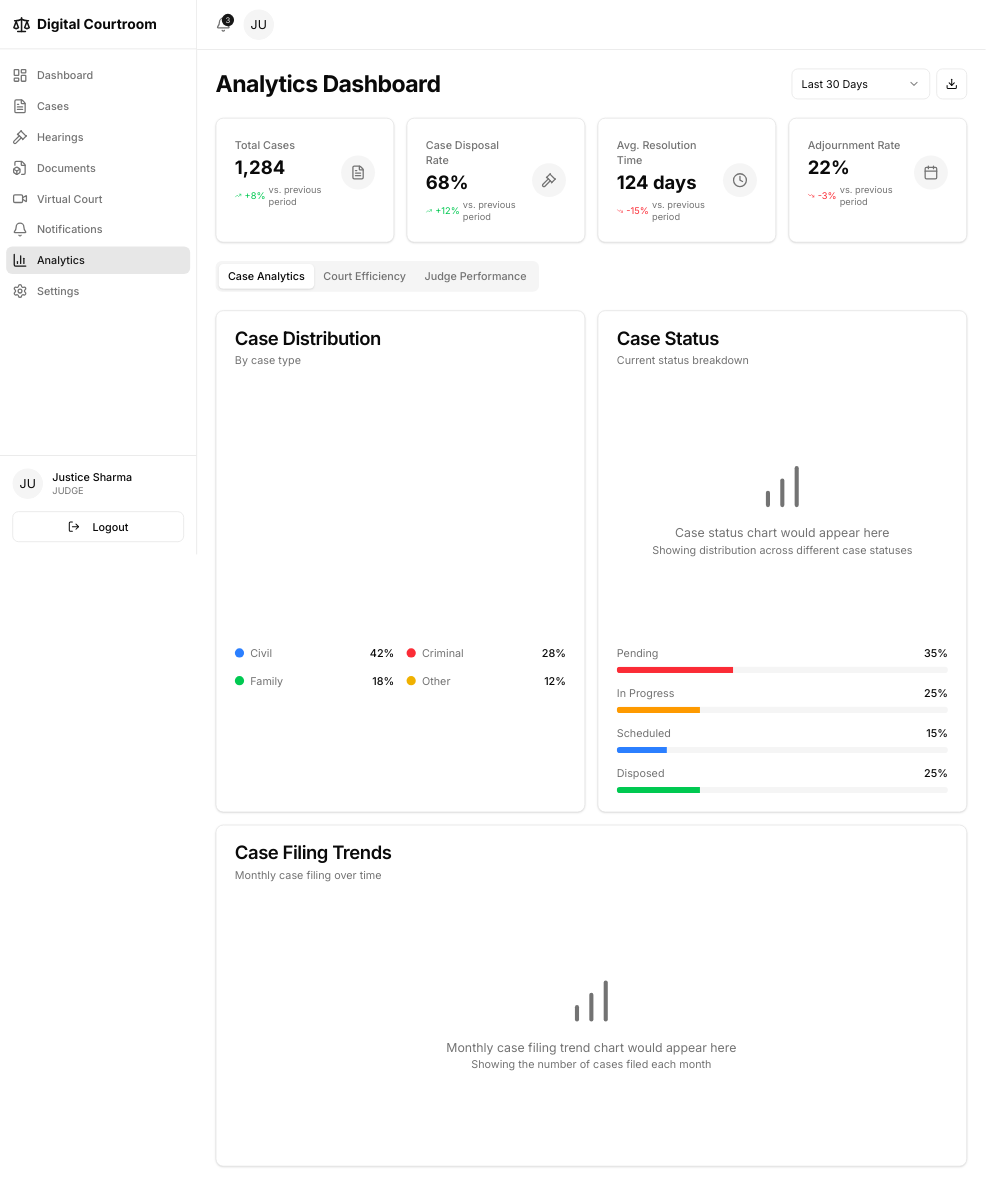
Repository: n0tank3sh/digicourt
Page: /analytics (app in frontend/)
The author's editor kept a copy of each file at every save. The page is drawn from the files as they stood at one save, then again after the next save.
The browser window is 1280 px wide. The pictures show the whole page, at 77% of full size.
The project was rebuilt for these pictures with package versions that can differ from the ones it lists, and the page was loaded fresh each time. The framework's server and built-in components were replaced by stand-ins that run in the browser. Also part of the build but not shown: frontend/next.config.ts.

Above is the page before, as saved 2025-03-26 22:29:21.

### frontend/src/components/ui/card.tsx
import * as React from "react"

import { cn } from "@/lib/utils"

const Card = React.forwardRef<
  HTMLDivElement,
  React.HTMLAttributes<HTMLDivElement>
>(({ className, ...props }, ref) => (
  <div
    ref={ref}
    className={cn(
      "rounded-lg border bg-card text-card-foreground shadow-sm",
      className
    )}
    {...props}
  />
))
Card.displayName = "Card"

const CardHeader = React.forwardRef<
  HTMLDivElement,
  React.HTMLAttributes<HTMLDivElement>
>(({ className, ...props }, ref) => (
  <div
    ref={ref}
    className={cn("flex flex-col space-y-1.5 p-6", className)}
    {...props}
  />
))
CardHeader.displayName = "CardHeader"

const CardTitle = React.forwardRef<
  HTMLDivElement,
  React.HTMLAttributes<HTMLDivElement>
>(({ className, ...props }, ref) => (
  <div
    ref={ref}
    className={cn(
      "text-2xl font-semibold leading-none tracking-tight",
      className
    )}
    {...props}
  />
))
CardTitle.displayName = "CardTitle"

const CardDescription = React.forwardRef<
  HTMLDivElement,
  React.HTMLAttributes<HTMLDivElement>
>(({ className, ...props }, ref) => (
  <div
    ref={ref}
    className={cn("text-sm text-muted-foreground", className)}
    {...props}
  />
))
CardDescription.displayName = "CardDescription"

const CardContent = React.forwardRef<
  HTMLDivElement,
  React.HTMLAttributes<HTMLDivElement>
>(({ className, ...props }, ref) => (
  <div ref={ref} className={cn("p-6 pt-0", className)} {...props} />
))
CardContent.displayName = "CardContent"

const CardFooter = React.forwardRef<
  HTMLDivElement,
  React.HTMLAttributes<HTMLDivElement>
>(({ className, ...props }, ref) => (
  <div
    ref={ref}
    className={cn("flex items-center p-6 pt-0", className)}
    {...props}
  />
))
CardFooter.displayName = "CardFooter"

export { Card, CardHeader, CardFooter, CardTitle, CardDescription, CardContent }

### frontend/src/components/ui/tabs.tsx
"use client"

import * as React from "react"
import * as TabsPrimitive from "@radix-ui/react-tabs"

import { cn } from "@/lib/utils"

const Tabs = TabsPrimitive.Root

const TabsList = React.forwardRef<
  React.ElementRef<typeof TabsPrimitive.List>,
  React.ComponentPropsWithoutRef<typeof TabsPrimitive.List>
>(({ className, ...props }, ref) => (
  <TabsPrimitive.List
    ref={ref}
    className={cn(
      "inline-flex h-10 items-center justify-center rounded-md bg-muted p-1 text-muted-foreground",
      className
    )}
    {...props}
  />
))
TabsList.displayName = TabsPrimitive.List.displayName

const TabsTrigger = React.forwardRef<
  React.ElementRef<typeof TabsPrimitive.Trigger>,
  React.ComponentPropsWithoutRef<typeof TabsPrimitive.Trigger>
>(({ className, ...props }, ref) => (
  <TabsPrimitive.Trigger
    ref={ref}
    className={cn(
      "inline-flex items-center justify-center whitespace-nowrap rounded-sm px-3 py-1.5 text-sm font-medium ring-offset-background transition-all focus-visible:outline-none focus-visible:ring-2 focus-visible:ring-ring focus-visible:ring-offset-2 disabled:pointer-events-none disabled:opacity-50 data-[state=active]:bg-background data-[state=active]:text-foreground data-[state=active]:shadow-sm",
      className
    )}
    {...props}
  />
))
TabsTrigger.displayName = TabsPrimitive.Trigger.displayName

const TabsContent = React.forwardRef<
  React.ElementRef<typeof TabsPrimitive.Content>,
  React.ComponentPropsWithoutRef<typeof TabsPrimitive.Content>
>(({ className, ...props }, ref) => (
  <TabsPrimitive.Content
    ref={ref}
    className={cn(
      "mt-2 ring-offset-background focus-visible:outline-none focus-visible:ring-2 focus-visible:ring-ring focus-visible:ring-offset-2",
      className
    )}
    {...props}
  />
))
TabsContent.displayName = TabsPrimitive.Content.displayName

export { Tabs, TabsList, TabsTrigger, TabsContent }

### frontend/src/components/ui/select.tsx
"use client"

import * as React from "react"
import * as SelectPrimitive from "@radix-ui/react-select"
import { Check, ChevronDown, ChevronUp } from "lucide-react"

import { cn } from "@/lib/utils"

const Select = SelectPrimitive.Root

const SelectGroup = SelectPrimitive.Group

const SelectValue = SelectPrimitive.Value

const SelectTrigger = React.forwardRef<
  React.ElementRef<typeof SelectPrimitive.Trigger>,
  React.ComponentPropsWithoutRef<typeof SelectPrimitive.Trigger>
>(({ className, children, ...props }, ref) => (
  <SelectPrimitive.Trigger
    ref={ref}
    className={cn(
      "flex h-10 w-full items-center justify-between rounded-md border border-input bg-background px-3 py-2 text-sm ring-offset-background placeholder:text-muted-foreground focus:outline-none focus:ring-2 focus:ring-ring focus:ring-offset-2 disabled:cursor-not-allowed disabled:opacity-50 [&>span]:line-clamp-1",
      className
    )}
    {...props}
  >
    {children}
    <SelectPrimitive.Icon asChild>
      <ChevronDown className="h-4 w-4 opacity-50" />
    </SelectPrimitive.Icon>
  </SelectPrimitive.Trigger>
))
SelectTrigger.displayName = SelectPrimitive.Trigger.displayName

const SelectScrollUpButton = React.forwardRef<
  React.ElementRef<typeof SelectPrimitive.ScrollUpButton>,
  React.ComponentPropsWithoutRef<typeof SelectPrimitive.ScrollUpButton>
>(({ className, ...props }, ref) => (
  <SelectPrimitive.ScrollUpButton
    ref={ref}
    className={cn(
      "flex cursor-default items-center justify-center py-1",
      className
    )}
    {...props}
  >
    <ChevronUp className="h-4 w-4" />
  </SelectPrimitive.ScrollUpButton>
))
SelectScrollUpButton.displayName = SelectPrimitive.ScrollUpButton.displayName

const SelectScrollDownButton = React.forwardRef<
  React.ElementRef<typeof SelectPrimitive.ScrollDownButton>,
  React.ComponentPropsWithoutRef<typeof SelectPrimitive.ScrollDownButton>
>(({ className, ...props }, ref) => (
  <SelectPrimitive.ScrollDownButton
    ref={ref}
    className={cn(
      "flex cursor-default items-center justify-center py-1",
      className
    )}
    {...props}
  >
    <ChevronDown className="h-4 w-4" />
  </SelectPrimitive.ScrollDownButton>
))
SelectScrollDownButton.displayName =
  SelectPrimitive.ScrollDownButton.displayName

const SelectContent = React.forwardRef<
  React.ElementRef<typeof SelectPrimitive.Content>,
  React.ComponentPropsWithoutRef<typeof SelectPrimitive.Content>
>(({ className, children, position = "popper", ...props }, ref) => (
  <SelectPrimitive.Portal>
    <SelectPrimitive.Content
      ref={ref}
      className={cn(
        "relative z-50 max-h-96 min-w-[8rem] overflow-hidden rounded-md border bg-popover text-popover-foreground shadow-md data-[state=open]:animate-in data-[state=closed]:animate-out data-[state=closed]:fade-out-0 data-[state=open]:fade-in-0 data-[state=closed]:zoom-out-95 data-[state=open]:zoom-in-95 data-[side=bottom]:slide-in-from-top-2 data-[side=left]:slide-in-from-right-2 data-[side=right]:slide-in-from-left-2 data-[side=top]:slide-in-from-bottom-2",
        position === "popper" &&
          "data-[side=bottom]:translate-y-1 data-[side=left]:-translate-x-1 data-[side=right]:translate-x-1 data-[side=top]:-translate-y-1",
        className
      )}
      position={position}
      {...props}
    >
      <SelectScrollUpButton />
      <SelectPrimitive.Viewport
        className={cn(
          "p-1",
          position === "popper" &&
            "h-[var(--radix-select-trigger-height)] w-full min-w-[var(--radix-select-trigger-width)]"
        )}
      >
        {children}
      </SelectPrimitive.Viewport>
      <SelectScrollDownButton />
    </SelectPrimitive.Content>
  </SelectPrimitive.Portal>
))
SelectContent.displayName = SelectPrimitive.Content.displayName

const SelectLabel = React.forwardRef<
  React.ElementRef<typeof SelectPrimitive.Label>,
  React.ComponentPropsWithoutRef<typeof SelectPrimitive.Label>
>(({ className, ...props }, ref) => (
  <SelectPrimitive.Label
    ref={ref}
    className={cn("py-1.5 pl-8 pr-2 text-sm font-semibold", className)}
    {...props}
  />
))
SelectLabel.displayName = SelectPrimitive.Label.displayName

const SelectItem = React.forwardRef<
  React.ElementRef<typeof SelectPrimitive.Item>,
  React.ComponentPropsWithoutRef<typeof SelectPrimitive.Item>
>(({ className, children, ...props }, ref) => (
  <SelectPrimitive.Item
    ref={ref}
    className={cn(
      "relative flex w-full cursor-default select-none items-center rounded-sm py-1.5 pl-8 pr-2 text-sm outline-none focus:bg-accent focus:text-accent-foreground data-[disabled]:pointer-events-none data-[disabled]:opacity-50",
      className
    )}
    {...props}
  >
    <span className="absolute left-2 flex h-3.5 w-3.5 items-center justify-center">
      <SelectPrimitive.ItemIndicator>
        <Check className="h-4 w-4" />
      </SelectPrimitive.ItemIndicator>
    </span>

    <SelectPrimitive.ItemText>{children}</SelectPrimitive.ItemText>
  </SelectPrimitive.Item>
))
SelectItem.displayName = SelectPrimitive.Item.displayName

const SelectSeparator = React.forwardRef<
  React.ElementRef<typeof SelectPrimitive.Separator>,
  React.ComponentPropsWithoutRef<typeof SelectPrimitive.Separator>
>(({ className, ...props }, ref) => (
  <SelectPrimitive.Separator
    ref={ref}
    className={cn("-mx-1 my-1 h-px bg-muted", className)}
    {...props}
  />
))
SelectSeparator.displayName = SelectPrimitive.Separator.displayName

export {
  Select,
  SelectGroup,
  SelectValue,
  SelectTrigger,
  SelectContent,
  SelectLabel,
  SelectItem,
  SelectSeparator,
  SelectScrollUpButton,
  SelectScrollDownButton,
}

### frontend/src/types/index.ts
// User Types
export enum UserRole {
  JUDGE = "JUDGE",
  LAWYER = "LAWYER",
  COURT_STAFF = "COURT_STAFF",
  CITIZEN = "CITIZEN",
  ADMIN = "ADMIN",
}

export interface User {
  id: string
  name: string
  email: string
  role: UserRole
  barId?: string // For lawyers
  courtId?: string // For judges and court staff
  createdAt: Date
  updatedAt: Date
}

// Case Types
export enum CaseStatus {
  FILED = "FILED",
  PENDING = "PENDING",
  IN_PROGRESS = "IN_PROGRESS",
  SCHEDULED = "SCHEDULED",
  ADJOURNED = "ADJOURNED",
  DISPOSED = "DISPOSED",
  CLOSED = "CLOSED",
}

export enum CaseType {
  CIVIL = "CIVIL",
  CRIMINAL = "CRIMINAL",
  FAMILY = "FAMILY",
  CORPORATE = "CORPORATE",
  CONSTITUTIONAL = "CONSTITUTIONAL",
  OTHER = "OTHER",
}

export interface Case {
  id: string
  caseNumber: string
  title: string
  description: string
  type: CaseType
  status: CaseStatus
  filingDate: Date
  plaintiffs: string[] // IDs of involved parties
  defendants: string[] // IDs of involved parties
  judgerId?: string
  courtId: string
  createdAt: Date
  updatedAt: Date
}

// Hearing Types
export enum HearingType {
  PHYSICAL = "PHYSICAL",
  VIRTUAL = "VIRTUAL",
  HYBRID = "HYBRID",
}

export enum HearingStatus {
  SCHEDULED = "SCHEDULED",
  IN_PROGRESS = "IN_PROGRESS",
  COMPLETED = "COMPLETED",
  ADJOURNED = "ADJOURNED",
  CANCELLED = "CANCELLED",
}

export interface Hearing {
  id: string
  caseId: string
  scheduledDate: Date
  actualDate?: Date
  type: HearingType
  status: HearingStatus
  location: string // Court room or virtual link
  notes?: string
  attendees: string[] // IDs of attendees
  createdAt: Date
  updatedAt: Date
}

// Document Types
export enum DocumentType {
  PETITION = "PETITION",
  EVIDENCE = "EVIDENCE",
  AFFIDAVIT = "AFFIDAVIT",
  JUDGMENT = "JUDGMENT",
  ORDER = "ORDER",
  NOTICE = "NOTICE",
  OTHER = "OTHER",
}

export interface Document {
  id: string
  caseId: string
  title: string
  type: DocumentType
  fileUrl: string
  fileSize: number
  mimeType: string
  uploadedBy: string // User ID
  isPublic: boolean
  version: number
  createdAt: Date
  updatedAt: Date
}

// Notification Types
export enum NotificationType {
  CASE_UPDATE = "CASE_UPDATE",
  HEARING_SCHEDULED = "HEARING_SCHEDULED",
  HEARING_RESCHEDULED = "HEARING_RESCHEDULED",
  DOCUMENT_UPLOADED = "DOCUMENT_UPLOADED",
  SUMMONS = "SUMMONS",
  JUDGMENT_DELIVERED = "JUDGMENT_DELIVERED",
  OTHER = "OTHER",
}

export interface Notification {
  id: string
  userId: string
  type: NotificationType
  title: string
  message: string
  relatedId?: string // ID of related entity (case, hearing, etc.)
  isRead: boolean
  createdAt: Date
}

// Court Types
export interface Court {
  id: string
  name: string
  type: string
  address: string
  jurisdiction: string
  contactNumber: string
  email: string
  createdAt: Date
  updatedAt: Date
}

// Analytics Types
export interface CaseAnalytics {
  totalCases: number
  pendingCases: number
  disposedCases: number
  averageDisposalTime: number // in days
  casesByType: Record<CaseType, number>
  casesByStatus: Record<CaseStatus, number>
  monthlyCaseFiling: { month: string; count: number }[]
}

export interface CourtAnalytics {
  totalHearings: number
  completedHearings: number
  adjournedHearings: number
  averageHearingDuration: number // in minutes
  hearingsByType: Record<HearingType, number>
  courtUtilization: number // percentage
}

### frontend/src/components/ui/button.tsx
import * as React from "react"
import { Slot } from "@radix-ui/react-slot"
import { cva, type VariantProps } from "class-variance-authority"

import { cn } from "@/lib/utils"

const buttonVariants = cva(
  "inline-flex items-center justify-center gap-2 whitespace-nowrap rounded-md text-sm font-medium ring-offset-background transition-colors focus-visible:outline-none focus-visible:ring-2 focus-visible:ring-ring focus-visible:ring-offset-2 disabled:pointer-events-none disabled:opacity-50 [&_svg]:pointer-events-none [&_svg]:size-4 [&_svg]:shrink-0",
  {
    variants: {
      variant: {
        default: "bg-primary text-primary-foreground hover:bg-primary/90",
        destructive:
          "bg-destructive text-destructive-foreground hover:bg-destructive/90",
        outline:
          "border border-input bg-background hover:bg-accent hover:text-accent-foreground",
        secondary:
          "bg-secondary text-secondary-foreground hover:bg-secondary/80",
        ghost: "hover:bg-accent hover:text-accent-foreground",
        link: "text-primary underline-offset-4 hover:underline",
      },
      size: {
        default: "h-10 px-4 py-2",
        sm: "h-9 rounded-md px-3",
        lg: "h-11 rounded-md px-8",
        icon: "h-10 w-10",
      },
    },
    defaultVariants: {
      variant: "default",
      size: "default",
    },
  }
)

export interface ButtonProps
  extends React.ButtonHTMLAttributes<HTMLButtonElement>,
    VariantProps<typeof buttonVariants> {
  asChild?: boolean
}

const Button = React.forwardRef<HTMLButtonElement, ButtonProps>(
  ({ className, variant, size, asChild = false, ...props }, ref) => {
    const Comp = asChild ? Slot : "button"
    return (
      <Comp
        className={cn(buttonVariants({ variant, size, className }))}
        ref={ref}
        {...props}
      />
    )
  }
)
Button.displayName = "Button"

export { Button, buttonVariants }

### frontend/src/components/ui/piechart.tsx
"use client"
import { TrendingUp } from "lucide-react"
import { Pie, PieChart } from "recharts"
import {
    Card,
    CardContent,
    CardDescription,
    CardHeader,
    CardTitle,

} from "@/components/ui/card"
import {
    ChartConfig,
    ChartContainer,
    ChartTooltip,
    ChartTooltipContent,
} from "@/components/ui/chart"
const chartData = [
    { browser: "Civil", visitors: 42, fill: "var(--color-blue-500)" },
    { browser: "Criminal", visitors: 28, fill: "var(--color-red-500)" },
    { browser: "Family", visitors: 18, fill: "var(--color-green-500)" },
    { browser: "other", visitors: 12, fill: "var(--color-yellow-500)" },
]
const chartConfig = {
    visitors: {
        label: "Visitors",
    },
    chrome: {
        label: "Chrome",
        color: "hsl(var(--chart-1))",
    },
    safari: {
        label: "Safari",
        color: "hsl(var(--chart-2))",
    },
    firefox: {
        label: "Firefox",
        color: "hsl(var(--chart-3))",
    },
    edge: {
        label: "Edge",
        color: "hsl(var(--chart-4))",
    },
    other: {
        label: "Other",
        color: "hsl(var(--chart-5))",
    },
} satisfies ChartConfig
export function PieChartComponent() {
    return (
        <Card className="flex flex-col shadow-none border-none p-10 ">

            <CardContent className="flex-1 pb-0 ">
                <ChartContainer
                    config={chartConfig}
                    className="mx-auto scale-200  aspect-square max-h-[250px] pb-0 [&_.recharts-pie-label-text]:fill-foreground"
                >
                    <PieChart>
                        <ChartTooltip content={<ChartTooltipContent hideLabel/>} />
                        <Pie data={chartData} dataKey="visitors"  nameKey="browser" />
                    </PieChart>
                </ChartContainer>
            </CardContent>

        </Card>
    )
}

### frontend/src/components/ui/avatar.tsx
"use client"

import * as React from "react"
import * as AvatarPrimitive from "@radix-ui/react-avatar"

import { cn } from "@/lib/utils"

const Avatar = React.forwardRef<
  React.ElementRef<typeof AvatarPrimitive.Root>,
  React.ComponentPropsWithoutRef<typeof AvatarPrimitive.Root>
>(({ className, ...props }, ref) => (
  <AvatarPrimitive.Root
    ref={ref}
    className={cn(
      "relative flex h-10 w-10 shrink-0 overflow-hidden rounded-full",
      className
    )}
    {...props}
  />
))
Avatar.displayName = AvatarPrimitive.Root.displayName

const AvatarImage = React.forwardRef<
  React.ElementRef<typeof AvatarPrimitive.Image>,
  React.ComponentPropsWithoutRef<typeof AvatarPrimitive.Image>
>(({ className, ...props }, ref) => (
  <AvatarPrimitive.Image
    ref={ref}
    className={cn("aspect-square h-full w-full", className)}
    {...props}
  />
))
AvatarImage.displayName = AvatarPrimitive.Image.displayName

const AvatarFallback = React.forwardRef<
  React.ElementRef<typeof AvatarPrimitive.Fallback>,
  React.ComponentPropsWithoutRef<typeof AvatarPrimitive.Fallback>
>(({ className, ...props }, ref) => (
  <AvatarPrimitive.Fallback
    ref={ref}
    className={cn(
      "flex h-full w-full items-center justify-center rounded-full bg-muted",
      className
    )}
    {...props}
  />
))
AvatarFallback.displayName = AvatarPrimitive.Fallback.displayName

export { Avatar, AvatarImage, AvatarFallback }

### frontend/src/components/ui/sheet.tsx
"use client"

import * as React from "react"
import * as SheetPrimitive from "@radix-ui/react-dialog"
import { cva, type VariantProps } from "class-variance-authority"
import { X } from "lucide-react"

import { cn } from "@/lib/utils"

const Sheet = SheetPrimitive.Root

const SheetTrigger = SheetPrimitive.Trigger

const SheetClose = SheetPrimitive.Close

const SheetPortal = SheetPrimitive.Portal

const SheetOverlay = React.forwardRef<
  React.ElementRef<typeof SheetPrimitive.Overlay>,
  React.ComponentPropsWithoutRef<typeof SheetPrimitive.Overlay>
>(({ className, ...props }, ref) => (
  <SheetPrimitive.Overlay
    className={cn(
      "fixed inset-0 z-50 bg-black/80  data-[state=open]:animate-in data-[state=closed]:animate-out data-[state=closed]:fade-out-0 data-[state=open]:fade-in-0",
      className
    )}
    {...props}
    ref={ref}
  />
))
SheetOverlay.displayName = SheetPrimitive.Overlay.displayName

const sheetVariants = cva(
  "fixed z-50 gap-4 bg-background p-6 shadow-lg transition ease-in-out data-[state=open]:animate-in data-[state=closed]:animate-out data-[state=closed]:duration-300 data-[state=open]:duration-500",
  {
    variants: {
      side: {
        top: "inset-x-0 top-0 border-b data-[state=closed]:slide-out-to-top data-[state=open]:slide-in-from-top",
        bottom:
          "inset-x-0 bottom-0 border-t data-[state=closed]:slide-out-to-bottom data-[state=open]:slide-in-from-bottom",
        left: "inset-y-0 left-0 h-full w-3/4 border-r data-[state=closed]:slide-out-to-left data-[state=open]:slide-in-from-left sm:max-w-sm",
        right:
          "inset-y-0 right-0 h-full w-3/4  border-l data-[state=closed]:slide-out-to-right data-[state=open]:slide-in-from-right sm:max-w-sm",
      },
    },
    defaultVariants: {
      side: "right",
    },
  }
)

interface SheetContentProps
  extends React.ComponentPropsWithoutRef<typeof SheetPrimitive.Content>,
    VariantProps<typeof sheetVariants> {}

const SheetContent = React.forwardRef<
  React.ElementRef<typeof SheetPrimitive.Content>,
  SheetContentProps
>(({ side = "right", className, children, ...props }, ref) => (
  <SheetPortal>
    <SheetOverlay />
    <SheetPrimitive.Content
      ref={ref}
      className={cn(sheetVariants({ side }), className)}
      {...props}
    >
      {children}
      <SheetPrimitive.Close className="absolute right-4 top-4 rounded-sm opacity-70 ring-offset-background transition-opacity hover:opacity-100 focus:outline-none focus:ring-2 focus:ring-ring focus:ring-offset-2 disabled:pointer-events-none data-[state=open]:bg-secondary">
        <X className="h-4 w-4" />
        <span className="sr-only">Close</span>
      </SheetPrimitive.Close>
    </SheetPrimitive.Content>
  </SheetPortal>
))
SheetContent.displayName = SheetPrimitive.Content.displayName

const SheetHeader = ({
  className,
  ...props
}: React.HTMLAttributes<HTMLDivElement>) => (
  <div
    className={cn(
      "flex flex-col space-y-2 text-center sm:text-left",
      className
    )}
    {...props}
  />
)
SheetHeader.displayName = "SheetHeader"

const SheetFooter = ({
  className,
  ...props
}: React.HTMLAttributes<HTMLDivElement>) => (
  <div
    className={cn(
      "flex flex-col-reverse sm:flex-row sm:justify-end sm:space-x-2",
      className
    )}
    {...props}
  />
)
SheetFooter.displayName = "SheetFooter"

const SheetTitle = React.forwardRef<
  React.ElementRef<typeof SheetPrimitive.Title>,
  React.ComponentPropsWithoutRef<typeof SheetPrimitive.Title>
>(({ className, ...props }, ref) => (
  <SheetPrimitive.Title
    ref={ref}
    className={cn("text-lg font-semibold text-foreground", className)}
    {...props}
  />
))
SheetTitle.displayName = SheetPrimitive.Title.displayName

const SheetDescription = React.forwardRef<
  React.ElementRef<typeof SheetPrimitive.Description>,
  React.ComponentPropsWithoutRef<typeof SheetPrimitive.Description>
>(({ className, ...props }, ref) => (
  <SheetPrimitive.Description
    ref={ref}
    className={cn("text-sm text-muted-foreground", className)}
    {...props}
  />
))
SheetDescription.displayName = SheetPrimitive.Description.displayName

export {
  Sheet,
  SheetPortal,
  SheetOverlay,
  SheetTrigger,
  SheetClose,
  SheetContent,
  SheetHeader,
  SheetFooter,
  SheetTitle,
  SheetDescription,
}

Loaded but not shown: frontend/src/app/layout.tsx (common file); frontend/src/components/theme-provider.tsx (common file); frontend/src/lib/utils.ts (common file); frontend/src/app/analytics/page.tsx (355 lines, source omitted); frontend/src/components/ui/chart.tsx (365 lines, source omitted); frontend/src/components/layout/main-layout.tsx (187 lines, source omitted); frontend/src/app/globals.css (200 lines, source omitted)

After the next save:
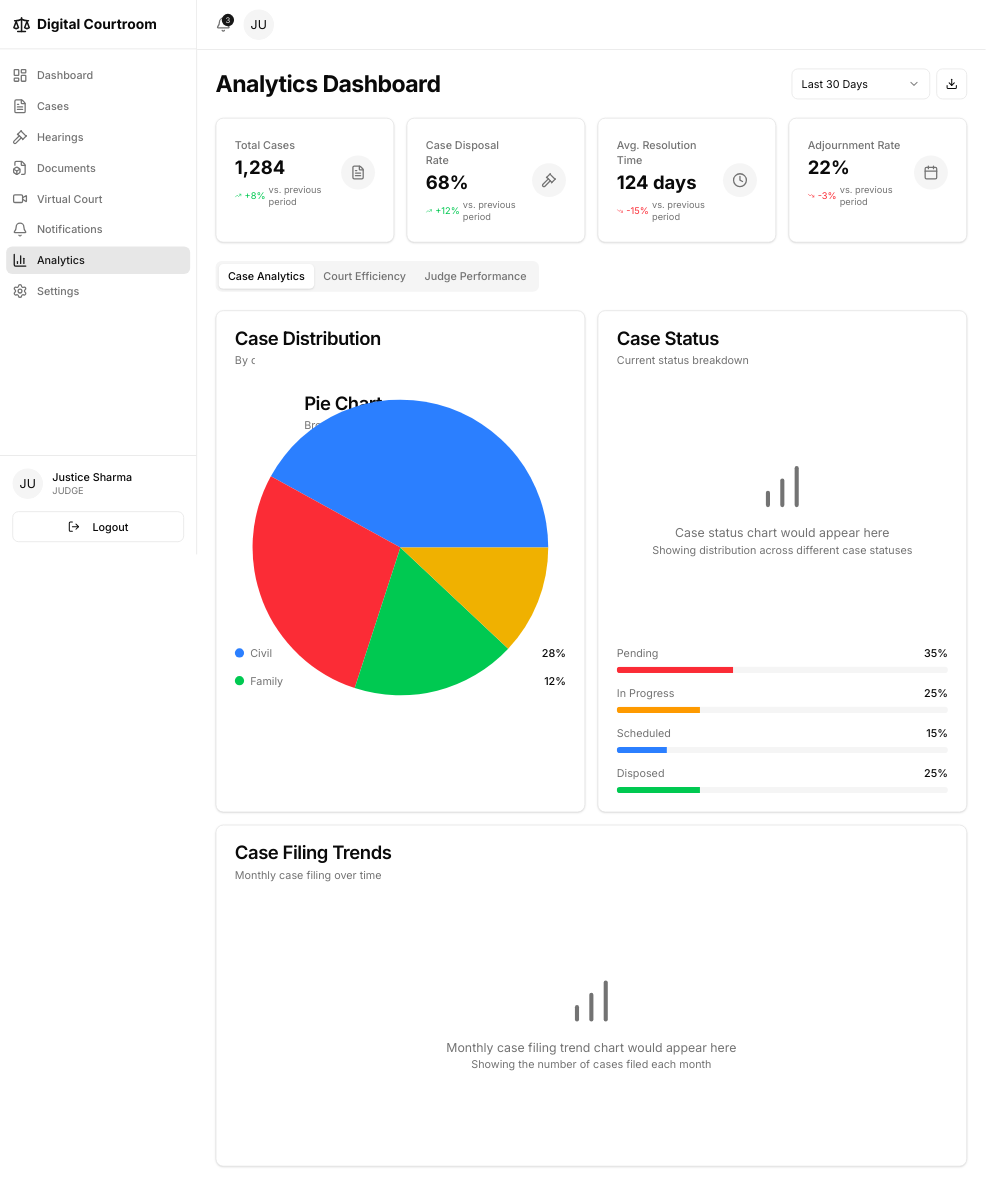
Saved 7 s later.
--- a/frontend/src/components/ui/piechart.tsx
+++ b/frontend/src/components/ui/piechart.tsx
@@ -49,7 +49,11 @@ const chartConfig = {
 export function PieChartComponent() {
     return (
         <Card className="flex flex-col shadow-none border-none p-10 ">
+            <CardHeader>
+               <CardTitle>Pie Chart</CardTitle>
+                <CardDescription>Browser usage statistics</CardDescription>
 
+            </CardHeader>
             <CardContent className="flex-1 pb-0 ">
                 <ChartContainer
                     config={chartConfig}
